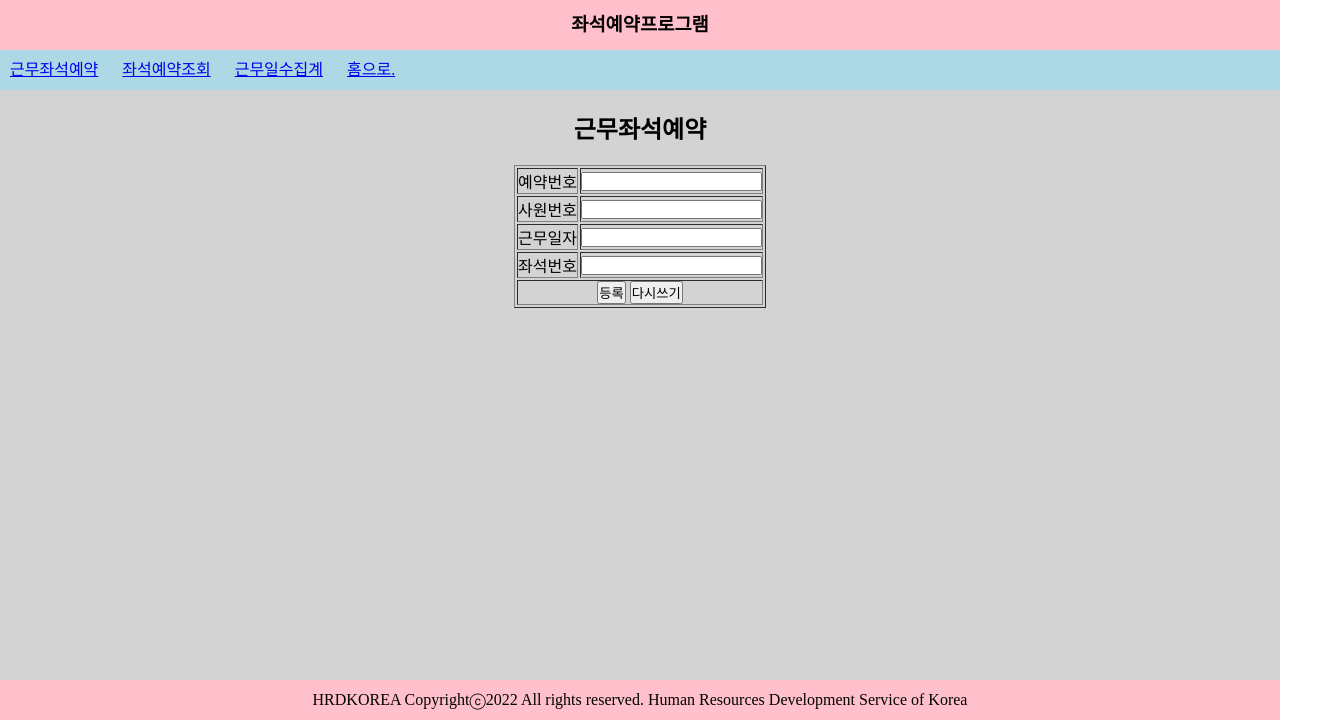
Repository: seowonjong/proje-ct
Page: http://localhost/seat/insert.jsp
These files come from the project's save history. The page is drawn as it stood at one moment and after the next save; the edit follows.
The browser window is 1280 px wide. The page is 1280 px wide, then 1320 px, so the pictures cover 1320 px, including what lies to the right of the window. The pictures show the whole page.
The page is served by Tomcat 9.

Above is the page before, as saved 2025-08-25 01:50:44.

### seat/src/main/webapp/insert.jsp
<%@ page language="java" contentType="text/html; charset=UTF-8"
    pageEncoding="UTF-8"%>
<!DOCTYPE html>
<html>
<head>
<meta charset="UTF-8">
<title>insert</title>
<style>
*{
		margin: 0;
		padding: 0;
	}

	section{
		width: 100%;
		height: calc(100vh - 130px);
		background-color: lightgray;

	}

	section h2{
		padding: 20px;
		text-align: center;
	}
	form{
		display: flex;
		justify-content: center;
	}
</style>
</head>
<body>
<jsp:include page="header.jsp"></jsp:include>
	<jsp:include page="nav.jsp"></jsp:include>
	<section>
		<h2>근무좌석예약</h2>
		<form name="frm" action="action.jsp">
			<table border="1">
				<tr>
					<td>예약번호</td>
					<td><input type="text" name="resvno" style="height:100%"></td>
				</tr>
				<tr>
					<td>사원번호</td>
					<td><input type="text" name="emptno"></td>
				</tr>
				<tr>
					<td>근무일자</td>
					<td><input type="text" name="resvdate"></td>
				</tr>
				<tr>
					<td>좌석번호</td>
					<td><input type="text" name="seatno"></td>
				</tr>
				<tr>
					<td colspan="2" style="text-align:center">
						<input type="button" value="등록" onclick="insertCheck()">
						<input type="button" value="다시쓰기" onclick="insertReset()">
					</td>
				</tr>
			</table>
		</form>
	</section>
	<jsp:include page="footer.jsp"></jsp:include>
	<script type="text/javascript" src="check.js"></script>
</body>
</html>

### seat/src/main/webapp/header.jsp
<%@ page language="java" contentType="text/html; charset=UTF-8"
    pageEncoding="UTF-8"%>
<!DOCTYPE html>
<html>
<head>
<meta charset="UTF-8">
<title>header</title>
<style>
header{
		width: 100%;
		height: 50px;
		background-color: pink;
		text-align: center;
		line-height: 50px;
	}
</style>
</head>
<body>
<header>
		<h3>좌석예약프로그램</h3>
	</header>
</body>
</html>

### seat/src/main/webapp/nav.jsp
<%@ page language="java" contentType="text/html; charset=UTF-8"
    pageEncoding="UTF-8"%>
<!DOCTYPE html>
<html>
<head>
<meta charset="UTF-8">
<title>nav</title>
<style>
nav{
		width: 100%;
		height: 40px;
		background-color: lightblue;
		line-height: 40px;
	}
	nav a{
		padding : 0 10px;
	}
</style>
</head>
<body>
<nav>
		<a href="insert.jsp">근무좌석예약</a>
		<a href="slist.jsp">좌석예약조회</a>
		<a href="count.jsp">근무일수집계</a>
		<a href="index.jsp">홈으로.</a>
	</nav>
</body>
</html>

### seat/src/main/webapp/footer.jsp
<%@ page language="java" contentType="text/html; charset=UTF-8"
    pageEncoding="UTF-8"%>
<!DOCTYPE html>
<html>
<head>
<meta charset="UTF-8">
<title>footer</title>
<style>
footer{
		width: 100%;
		height: 40px;
		background-color: pink;
		text-align: center;
		line-height: 40px;
	}
</style>
</head>
<body>
<footer>HRDKOREA Copyrightⓒ2022 All rights reserved. Human Resources Development Service of Korea</footer>
</body>
</html>

### seat/src/main/webapp/check.js
function insertCheck() {
	if (document.frm.resvno.value == '') {
		alert("예약번호가 입력되지않았습니다.");
		document.frm.resvno.focus();
	}
	else if (document.frm.emptno.value == '') {
		alert("사원번호가 입력되지않았습니다.");
		document.frm.emptno.focus();
	}
	else if (document.frm.resvdate.value == '') {
		alert("근무일자가 입력되지않았습니다.");
		document.frm.resvdate.focus();
	}
	else if (document.frm.seatno.value == '') {
		alert("좌석번호가 입력되지않았습니다.");
		document.frm.seatno.focus();
	}
	else{
		alert("좌석예약정보가 등록되었습니다!");
		document.frm.submit();
	}
}

function insertReset(){
	alert("정보를 지우고 처음부터 다시 입력합니다!");
	document.frm.reset();
}

function listCheck(){
	if(document.list_frm.emptno.value == ''){
		alert("사원번호가 입력되지 않았습니다.");
		document.list_frm.emptno.focus();
	}
	else{
		document.list_frm.submit();
	}

}

After the next save:
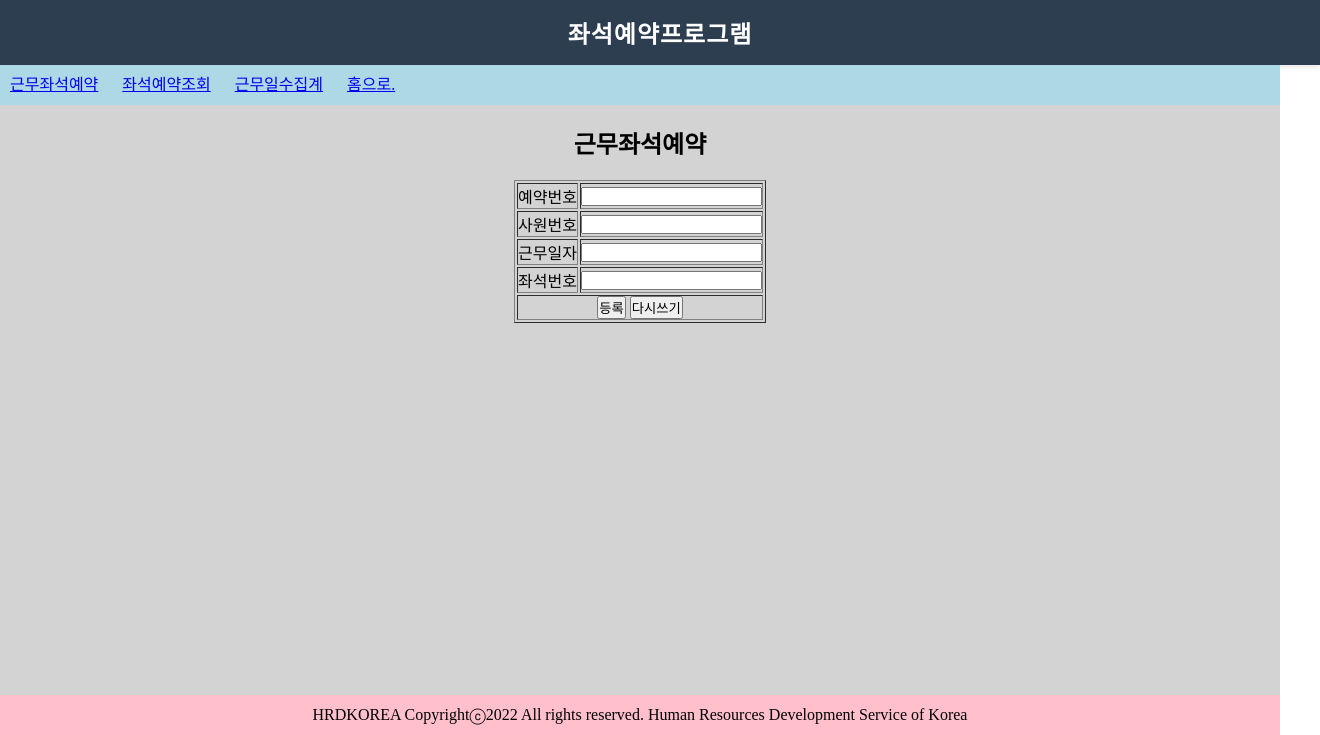
Saved 2 min 8 s later.
--- a/seat/src/main/webapp/header.jsp
+++ b/seat/src/main/webapp/header.jsp
@@ -6,18 +6,26 @@
 <meta charset="UTF-8">
 <title>header</title>
 <style>
-header{
+	/* header 스타일 */
+	header {
 		width: 100%;
-		height: 50px;
-		background-color: pink;
+		background: #2c3e50; /* 모던한 다크 블루 */
+		color: #fff;
+		padding: 15px 20px;
 		text-align: center;
-		line-height: 50px;
+		box-shadow: 0 2px 5px rgba(0, 0, 0, 0.1);
+	}
+
+	header h3 {
+		font-size: 1.5rem;
+		font-weight: bold;
+		letter-spacing: 1px;
 	}
 </style>
 </head>
 <body>
 <header>
-		<h3>좌석예약프로그램</h3>
-	</header>
+	<h3>좌석예약프로그램</h3>
+</header>
 </body>
 </html>
